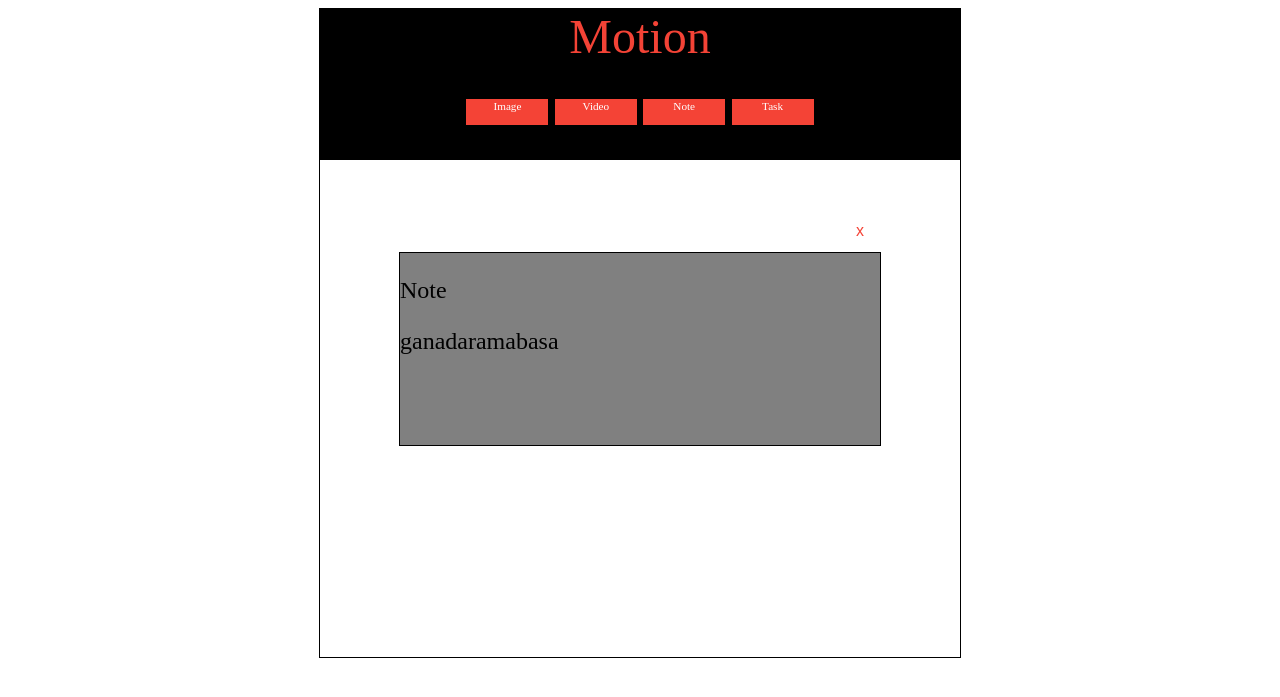
Repository: DevMinwoo-Jung/typescript
Page: motion/index.html
An editor plug-in stored every save of this project. The page is shown before and after the next save, followed by the edit.
The browser window is 1280 px wide. The pictures show the whole page.

Above is the page before, as saved 2021-10-12 14:50:49.

After the next save:
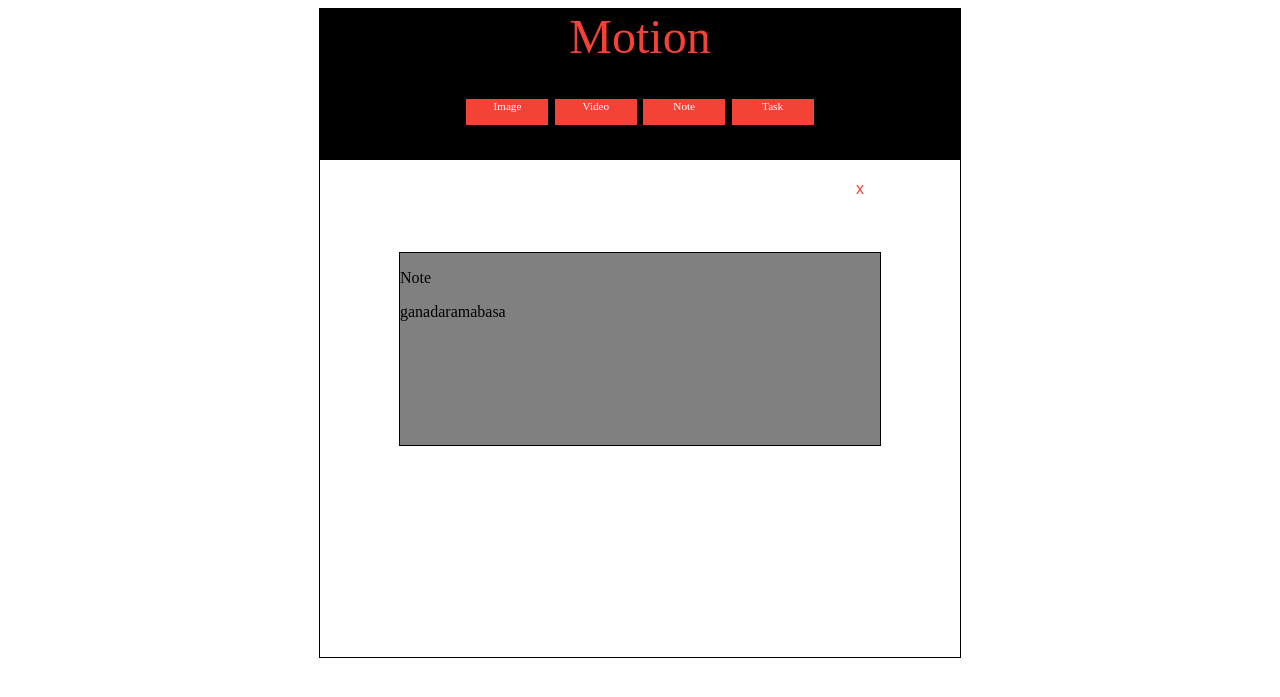
Saved 88 s later.
--- a/motion/index.module.css
+++ b/motion/index.module.css
@@ -68,7 +68,7 @@
   font-weight: bold;
 }
 
-.video__div {
+.video__box {
   width: 90%;
   height: 15rem;
   border: 1px solid;
@@ -89,7 +89,7 @@
   display: flex;
 }
 
-.noteText__div {
+.text__box {
   display: block;
   width: 40%;
   height: 100%;
